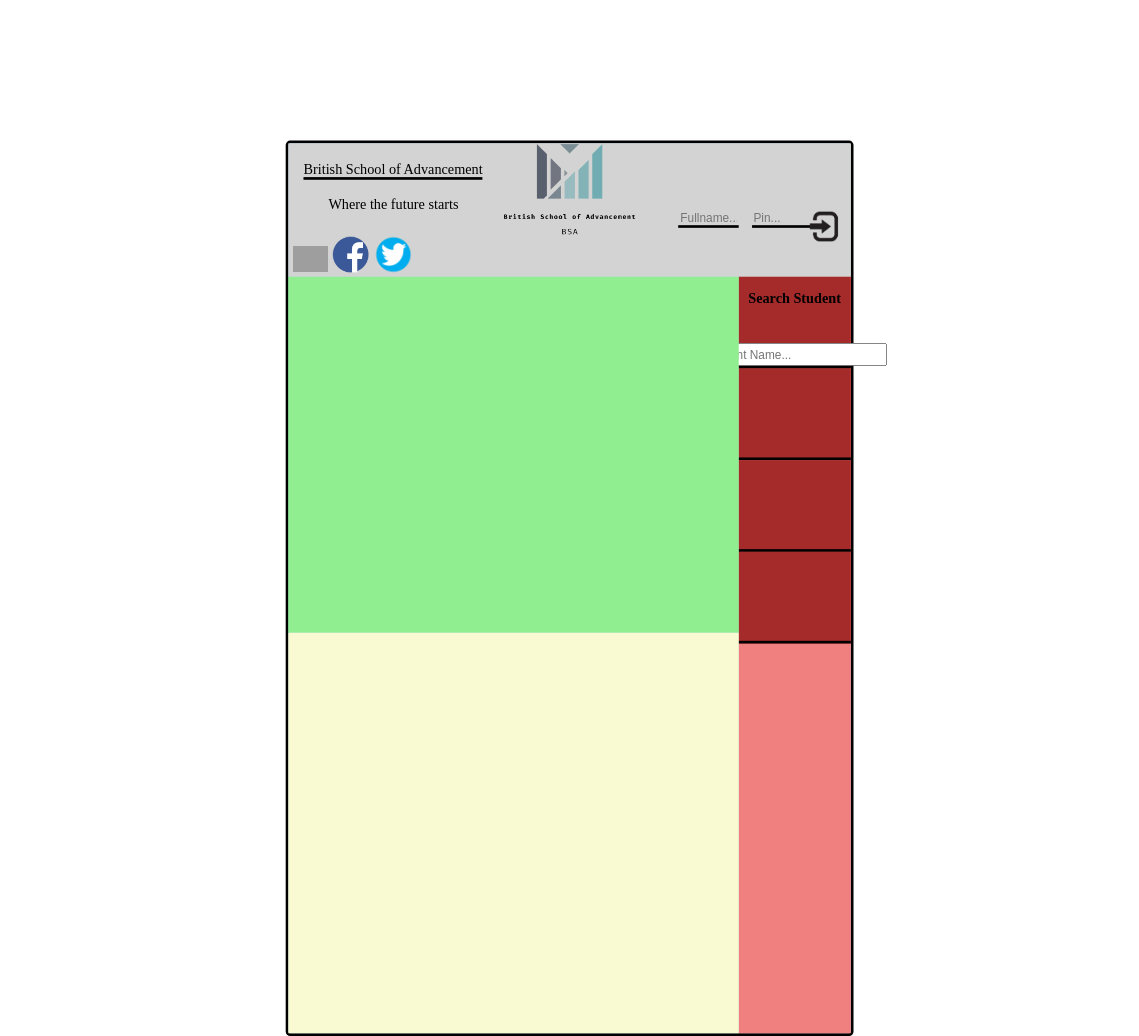
Repository: ghend99/School-app
Page: index.html
These files come from the project's save history. The page is drawn as it stood at one moment and after the next save; the edit follows.
The browser window is 1280 px wide. The pictures show the whole page, at 89% of full size.
Pictures or frames that could not be fetched are drawn as grey boxes.

Above is the page before, as saved 2023-03-24 13:49:36.

After the next save:
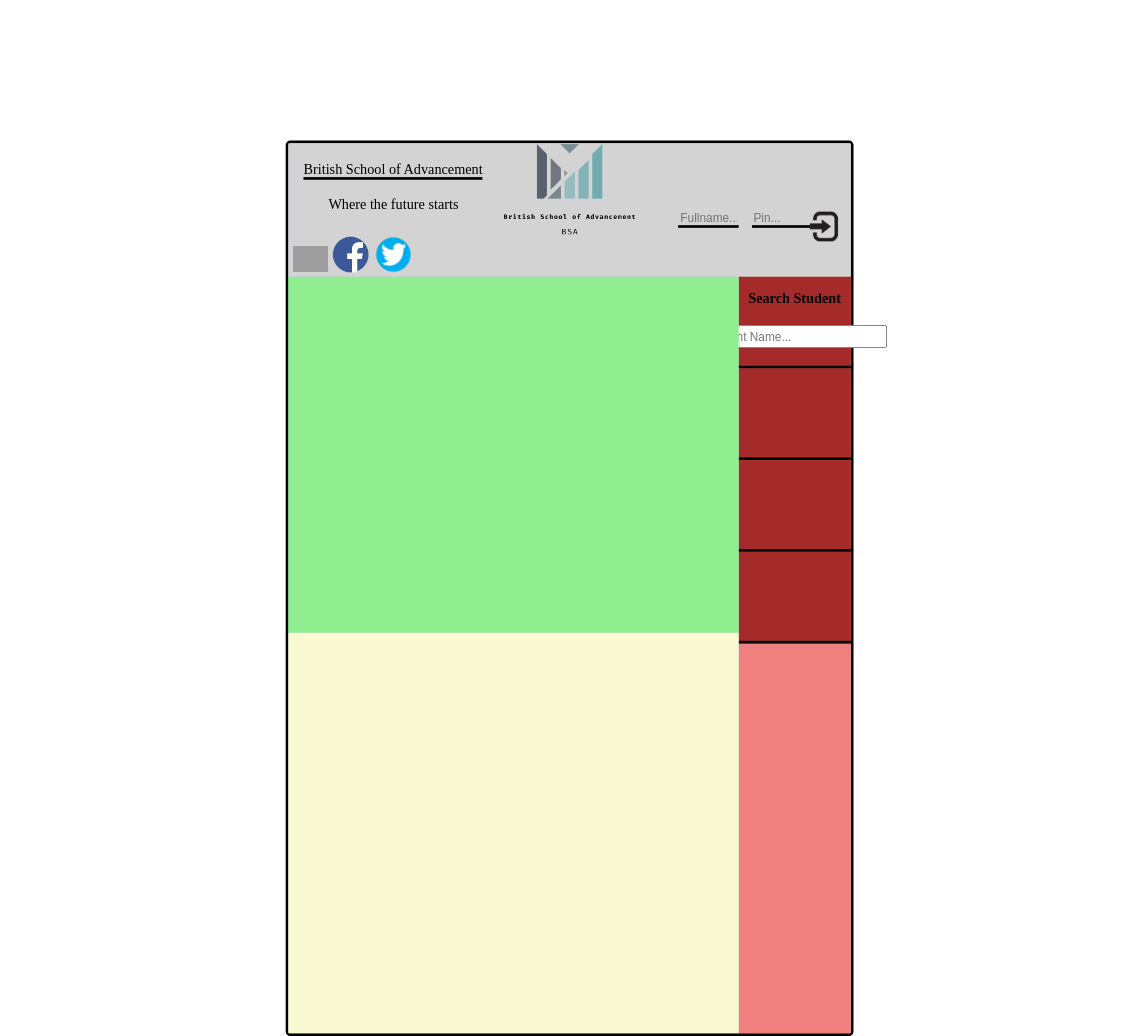
Saved 5 s later.
--- a/style.css
+++ b/style.css
@@ -126,7 +126,7 @@
   max-width: 75%;
   min-width: 200px;
   height: 20px;
-  bottom: 0;
+  bottom: 20px;
 }
 
 #student-information-container {
